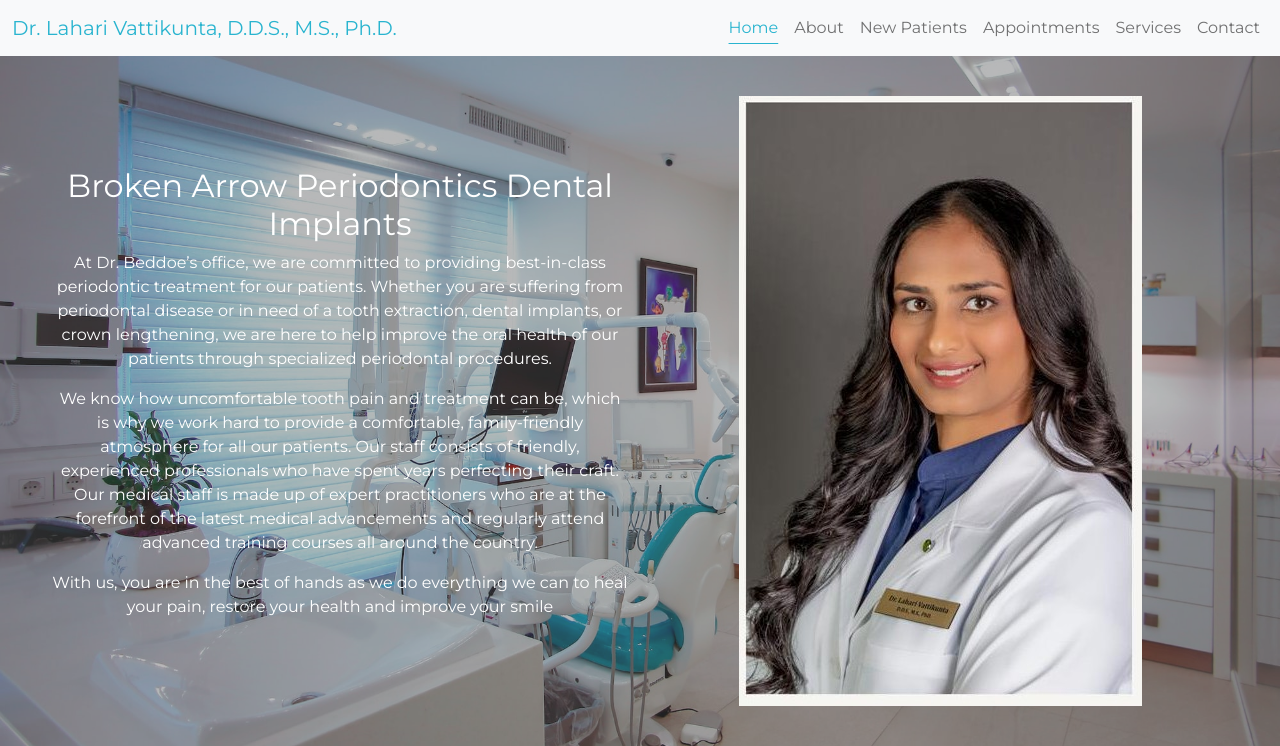
Repository: vineetha2438/baperio
Page: index.html
These files come from the project's save history. The page is drawn as it stood at one moment and after the next save; the edit follows.
The browser window is 1280 px wide. The pictures show the whole page.

Above is the page before, as saved 2022-11-13 19:48:08.

### index.html
<!DOCTYPE html>
<html lang="en">

<head>
  <meta charset="utf-8">
  <meta name="viewport" content="width=device-width, initial-scale=1">
  <title>Broken Arrow Periodontics Dental Implants</title>
  <link href="https://cdn.jsdelivr.net/npm/bootstrap@5.2.2/dist/css/bootstrap.min.css" rel="stylesheet" integrity="sha384-Zenh87qX5JnK2Jl0vWa8Ck2rdkQ2Bzep5IDxbcnCeuOxjzrPF/et3URy9Bv1WTRi"
    crossorigin="anonymous">
  <link href='https://fonts.googleapis.com/css?family=Montserrat' rel='stylesheet'>
  <link rel="stylesheet" href="index.css">
  <style>
    body {
      font-family: 'Montserrat' !important;
      font-weight: 400 !important;
    }
  </style>
</head>

<body>
  <nav class="navbar navbar-expand-lg sticky-top bg-light">
    <div class="container-fluid">
      <!-- <a class="navbar-brand" href="#">Navbar</a> -->
      <p class="navbar-brand mb-0 h1 theme-blue doctor-name">Dr. Lahari Vattikunta, D.D.S., M.S., Ph.D. </p>
      <button class="navbar-toggler" type="button" data-bs-toggle="collapse" data-bs-target="#navbarSupportedContent" aria-controls="navbarSupportedContent"
        aria-expanded="false" aria-label="Toggle navigation">
        <span class="navbar-toggler-icon"></span>
      </button>
      <div class="collapse navbar-collapse" id="navbarSupportedContent">
        <ul class="navbar-nav me-auto mb-2 mb-lg-0 auto-ml-0-mr">
          <li class="nav-item">
            <a class="nav-link active theme-blue" aria-current="page" href="index.html">Home</a>
          </li>
          <li class="nav-item">
            <a class="nav-link" href="about.html">About</a>
          </li>
          <li class="nav-item">
            <a class="nav-link" href="#">New Patients</a>
          </li>
          <li class="nav-item">
            <a class="nav-link" href="#">Appointments</a>
          </li>
          <li class="nav-item">
            <a class="nav-link" href="#">Services</a>
          </li>
          <li class="nav-item">
            <a class="nav-link" href="#">Contact</a>
          </li>
        </ul>
      </div>
    </div>
  </nav>
  <div class="container-fluid text-center">
    <div class="row section-one">
      <div class="bg-wrap">
        <div class="clinic-bg" data-image="clinic_bg.jpeg"></div>
      </div>
      <div class="col-sm-12 col-md-6">
        <h2>Broken Arrow Periodontics Dental Implants</h2>
        <p>At Dr. Beddoe’s office, we are committed to providing best-in-class periodontic treatment for our patients. Whether
          you are suffering from periodontal disease or in need of a tooth extraction, dental implants, or crown lengthening,
          we are here to help improve the oral health of our patients through specialized periodontal procedures.</p>

        <p>We know how uncomfortable tooth pain and treatment can be, which is why we work hard to provide a comfortable, family-friendly
          atmosphere for all our patients. Our staff consists of friendly, experienced professionals who have spent years
          perfecting their craft. Our medical staff is made up of expert practitioners who are at the forefront of the latest
          medical advancements and regularly attend advanced training courses all around the country.</p>

        <p>With us, you are in the best of hands as we do everything we can to heal your pain, restore your health and improve
          your smile</p>
      </div>
      <div class="col-sm-12 col-md-6">
        <img src="doctor.jpg" class="img-fluid" />
      </div>
    </div>
  </div>
  <script src="https://cdn.jsdelivr.net/npm/bootstrap@5.2.2/dist/js/bootstrap.bundle.min.js" integrity="sha384-OERcA2EqjJCMA+/3y+gxIOqMEjwtxJY7qPCqsdltbNJuaOe923+mo//f6V8Qbsw3"
    crossorigin="anonymous"></script>
</body>

</html>

### index.css
.theme-blue {
  color: rgb(41,180,207) !important;
}

.auto-ml-0-mr {
  margin-left: auto !important;
  margin-right: 0 !important;
}

.nav-link.active {
  text-decoration: underline;
  text-underline-offset: 10px;
}

.clinic-bg {
  opacity: 0.6;
  position: absolute;
  left: 0;
  top: 0;
  width: 100%;
  height: auto;
  background-image: url('./clinic_bg.jpeg');
  right: 0;
  bottom: 0;
  background-repeat: no-repeat;
  background-attachment: scroll;
  background-position: center center;
  background-size: cover;
}

.doctor-name {
  overflow: hidden;
  text-overflow: ellipsis;
}

.section-one {
  position: relative;
  padding: 40px;
  color: white;
  align-items: center;
}

.bg-wrap {
  position: absolute;
  top: 0;
  left: 0;
  right: 0;
  z-index: -1;
  bottom: 0;
  overflow: hidden;
  background-color: rgb(80,80,80);
}

.section-one h2{
  font-weight: 400;
}

After the next save:
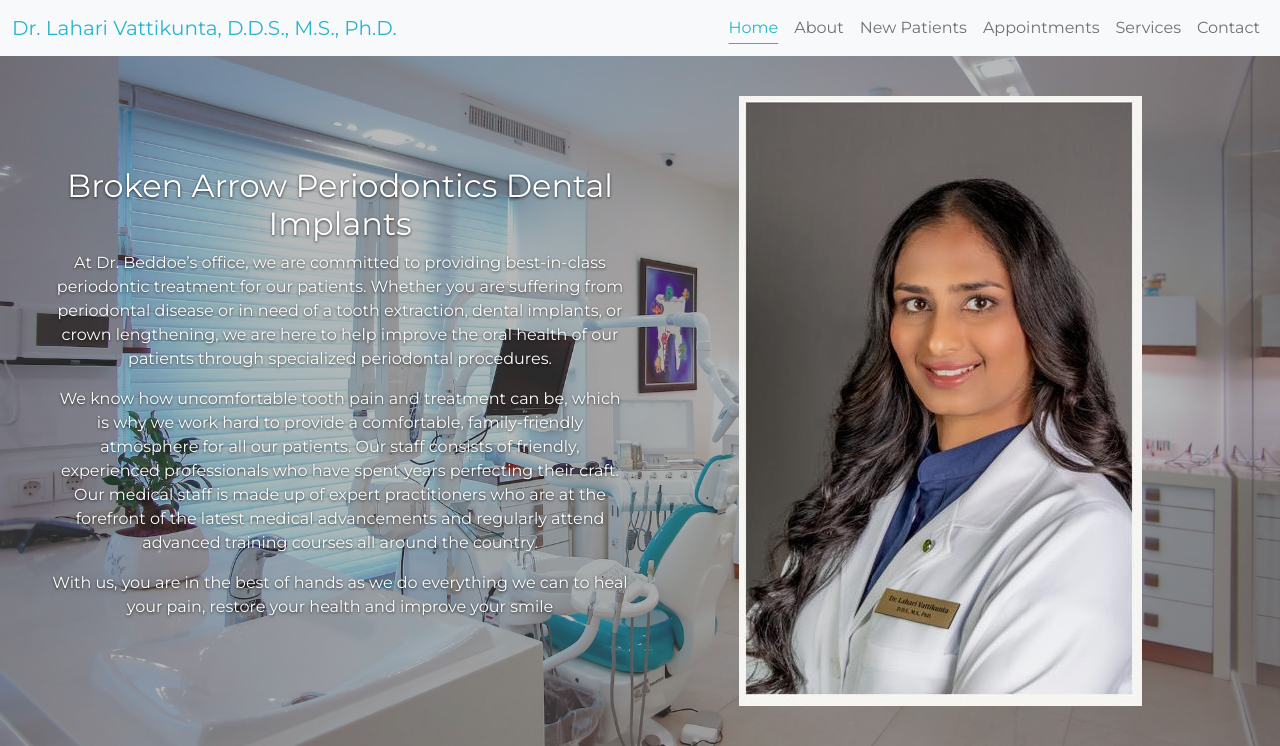
Saved 2 min 22 s later.
--- a/index.css
+++ b/index.css
@@ -38,6 +38,7 @@
   padding: 40px;
   color: white;
   align-items: center;
+  text-shadow: rgb(0 0 0 / 70%) 0px 1px 3px;
 }
 
 .bg-wrap {
